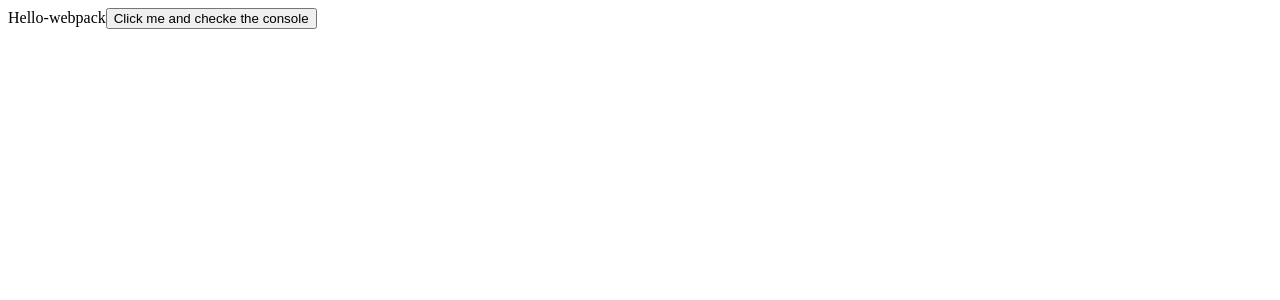
Repository: enoripl/webpack-demo
Page: /
An editor plug-in stored every save of this project. The page is shown before and after the next save, followed by the edit.
The browser window is 1280 px wide. The pictures show the whole page.
The project was rebuilt for these pictures with package versions that can differ from the ones it lists, and the page was loaded fresh each time. Also part of the build but not shown: webpack.config.js.

Above is the page before, as saved 2023-04-07 15:50:07.

### src/index.js
import _ from 'lodash';
import printMe from './print.js';

 function component() {
    const element = document.createElement('div');
    const btn = document.createElement('button');

    element.innerHTML = _.join(['Hello', 'webpack'], '-');

    btn.innerHTML = 'Click me and checke the console';
    btn.onclick = printMe;

    element.appendChild(btn);

   return element;
 }

 document.body.appendChild(component());

Loaded but not shown: index.html (common file); src/print.js (common file)

After the next save:
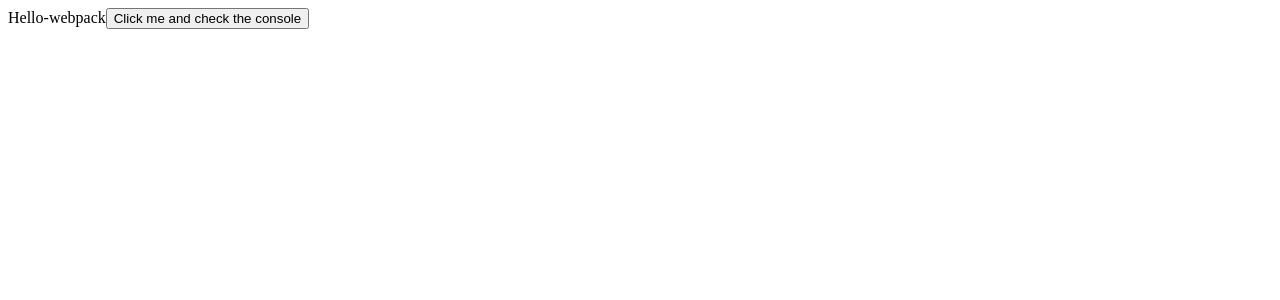
Saved 32 min 50 s later.
--- a/src/index.js
+++ b/src/index.js
@@ -7,7 +7,7 @@ import printMe from './print.js';
 
     element.innerHTML = _.join(['Hello', 'webpack'], '-');
 
-    btn.innerHTML = 'Click me and checke the console';
+    btn.innerHTML = 'Click me and check the console';
     btn.onclick = printMe;
 
     element.appendChild(btn);
